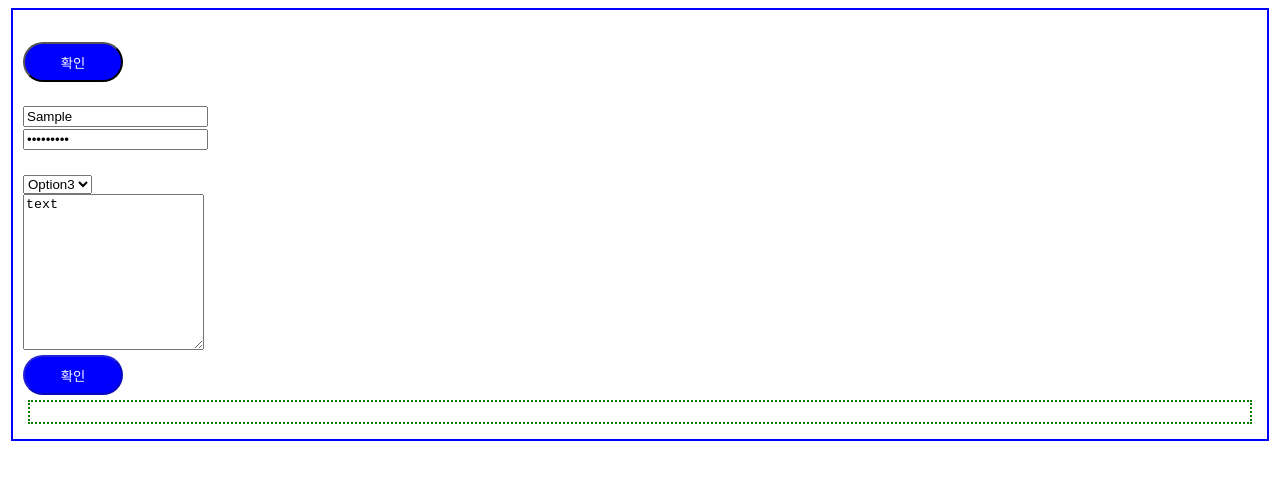
Repository: patternlobe-stack/MY_repository
Page: webpro/src/main/webapp/0915/상태필터.html
These files come from the project's save history. The page is drawn as it stood at one moment and after the next save; the edit follows.
The browser window is 1280 px wide. The pictures show the whole page.
Empty fields were first filled with sample values (such as "Sample", 5 or name@example.com).
After loading, the first visible `#btn1` was clicked once.

Above is the page before, as saved 2025-09-15 07:24:29.

After the next save:
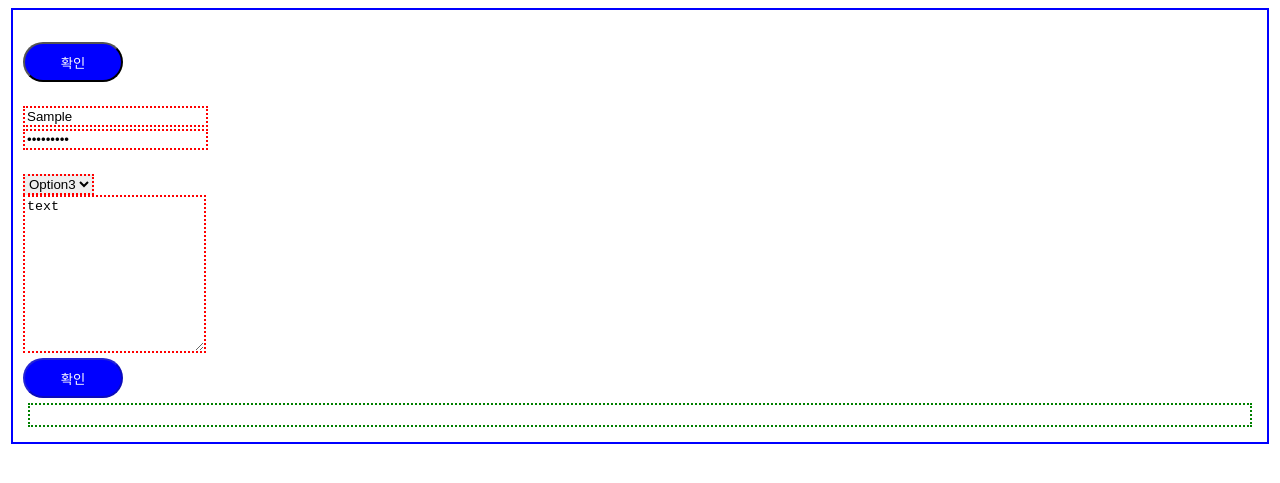
Saved 43 s later.
--- a/webpro/src/main/webapp/0915/상태필터.html
+++ b/webpro/src/main/webapp/0915/상태필터.html
@@ -7,13 +7,16 @@
 <script src="../js/jquery-3.7.1.js"></script>
 
 <script>
-$(   () =>{
+$(() =>{
 
 	$('#btn1').on('click', ()=>{
-		$('#ff *:enabled').css('borddr', '2px dotted red');
-	})
-})
+		// #ff 안에서 enabled 상태의 모든 요소(border 적용)
+		$('#ff *:enabled').css('border', '2px dotted red');
+	});
+
+});
 </script>
+
 
 </head>
 <body>
